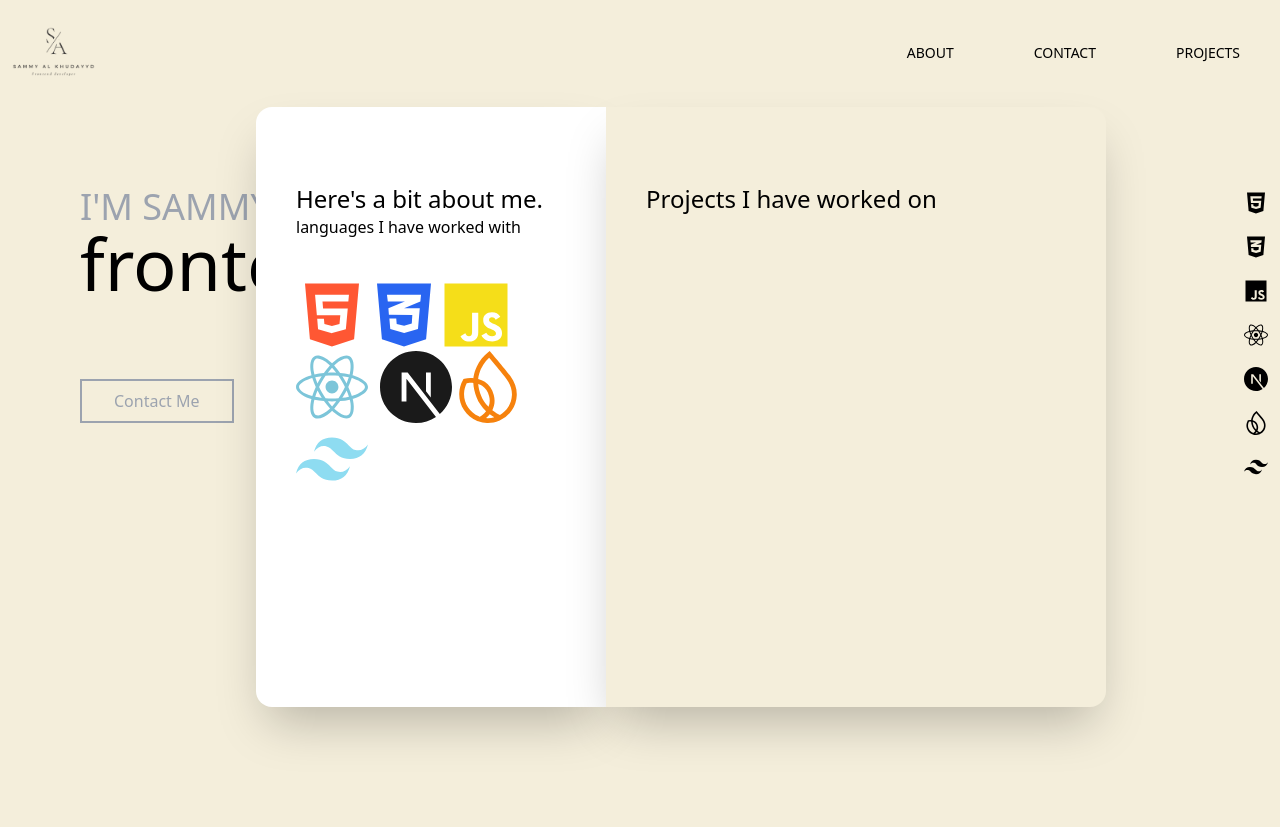
Repository: Al123Kudayyd/myportfolio
Page: /
The author's editor kept a copy of each file at every save. The page is drawn from the files as they stood at one save, then again after a run of saves.
The browser window is 1280 px wide. The pictures show the whole page.
The project was rebuilt for these pictures with package versions that can differ from the ones it lists, and the page was loaded fresh each time. Also part of the build but not shown: src/components/model.js.

Above is the page before, as saved 2024-02-21 14:11:34.

### src/App.js
import Main from './components/Main';
import Nav from './components/Nav';
import Model from './components/Model'


function App() {
  return (
    <div className=" ">
      <Nav />
      <Main />

    </div>
  );
}

export default App;

### src/components/Main.jsx
import React, { useState } from 'react'
import Model from './Model'
import { LiaTimesSolid } from "react-icons/lia";
import { FaHtml5, FaReact } from "react-icons/fa";
import { FaCss3Alt } from "react-icons/fa6";
import { IoLogoJavascript } from "react-icons/io5";
import { SiNextdotjs } from "react-icons/si";
import { SiFirebase } from "react-icons/si";
import { SiTailwindcss } from "react-icons/si";
import Projects from './Projects';


function Main() {
    const [openModal, setOpenModal] = useState(false)
  return (
    <div className='relative'>
    <div className='bg-[#f4eedb] relative h-screen'>
        <div className='-z-10 pl-20 pt-20 '>
            <h1 className=''><span className='text-gray-400 font-extralight text-4xl'>I'M SAMMY AND I'M A</span>
            <br /><span className='text-7xl'>frontend developer.</span></h1>
            <button className='mt-20 border-gray-400 border-2 text-gray-400 py-2 px-8 hover:bg-gray-400 hover:text-[#f4eedb]
            transition-all duration-300'
            onClick={() => setOpenModal(true)}>
                Contact Me</button>
        </div>

    </div>
    {
        openModal && <Model btn={<LiaTimesSolid onClick={() => setOpenModal(false)} />} />
    }
    <div className='absolute top-[10%] right-0 text-2xl space-y-5 m-3'>
            <FaHtml5 />
            <FaCss3Alt />
            <IoLogoJavascript />
            <FaReact />
            <SiNextdotjs />
            <SiFirebase />
            <SiTailwindcss />
        </div>
        <Projects className='' />
    </div>
  )
}

export default Main

### src/components/Nav.jsx
import React from 'react'
import logo from '../assets/logo.png'
import { LiaBarsSolid } from "react-icons/lia";

function Nav({ }) {
  return (
    <div className='bg-[#f4eedb] relative'>
        <div className='flex justify-between items-center'>
            <img src={logo} className="w-[20%] md:w-1/12 " />
            <LiaBarsSolid className='sm:hidden text-3xl mr-5 hover:text-gray-400 cursor-pointer active:scale-[.85] transition-all duration-300' />
            <ul className='hidden sm:flex font-extralight text-sm '>
                <li className='px-10 cursor-pointer hover:text-gray-400 transition-all duration-300'>ABOUT</li>
                <li className='px-10 cursor-pointer hover:text-gray-400 transition-all duration-300'>CONTACT</li>
                <li className='px-10 cursor-pointer hover:text-gray-400 transition-all duration-300'>PROJECTS</li>
            </ul>
        </div>



    </div>
  )
}

export default Nav

### src/components/Projects.jsx
import React from 'react'
import { FaHtml5, FaReact } from "react-icons/fa";
import { FaCss3Alt } from "react-icons/fa6";
import { IoLogoJavascript } from "react-icons/io5";
import { SiNextdotjs } from "react-icons/si";
import { SiFirebase } from "react-icons/si";
import { SiTailwindcss } from "react-icons/si";

function Projects() {
  return (
    <div className='absolute top-0 left-[20%]'>
        <div className='flex justify-center items-center'>
            <div className='shadow-2xl bg-white w-[350px] h-[600px] rounded-l-2xl'>
                <div className='px-[40px] py-[76px]'>
                    <h1 className='text-2xl'>Here's a bit about me.</h1>
                    <h3 className='text-md '>languages I have worked with</h3>
                    <div className='flex flex-wrap my-10 text-7xl '>
                        <FaHtml5 className='text-[#FF5733] ' />
                        <FaCss3Alt className='text-[#2965F1]' />
                        <IoLogoJavascript className='text-[#F5DE19]' />
                        <FaReact className='text-[#7CC5D9] mr-3' />
                        <SiNextdotjs className='text-[#1a1a1a]' />
                        <SiFirebase className='text-[#F6820D]' />
                        <SiTailwindcss className='text-[#8edcf1]' />
                    </div>
                </div>

            </div>
            <div className='shadow-2xl bg-[#f4eedb] w-[500px] h-[600px] rounded-r-2xl '>
                <div className='px-[40px] py-[76px]'>
                    <h1 className='text-2xl'>Projects I have worked on</h1>
                </div>

            </div>
        </div>
    </div>
  )
}

export default Projects

### tailwind.config.js
/** @type {import('tailwindcss').Config} */
module.exports = {
  content: [
    "./src/components/Nav.{js,jsx,ts,tsx}",
    "./src/components/Main.{js,jsx,ts,tsx}",
    "./src/components/App.{js,jsx,ts,tsx}",
    "./src/components/Model.{js,jsx,ts,tsx}",
    "./src/components/Projects.{js,jsx,ts,tsx}"
  ],
  theme: {
    extend: {},
  },
  plugins: [],
}

Loaded but not shown: public/index.html (common file); src/index.js (common file); src/index.css (common file); src/reportWebVitals.js (common file)

After the next 3 saves:
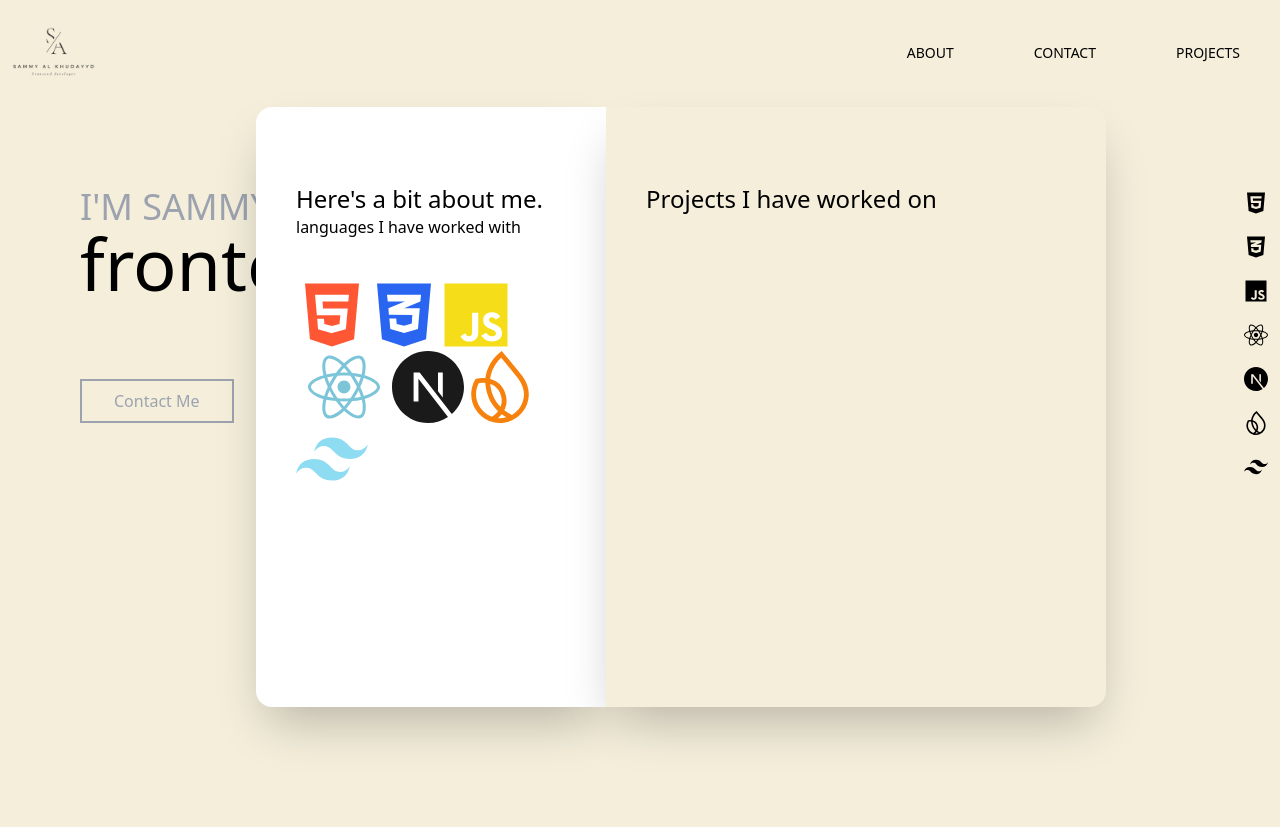
The 3 saves are shown as one change because they came seconds apart.
The last was saved 11 s later.
--- a/src/components/Projects.jsx
+++ b/src/components/Projects.jsx
@@ -18,7 +18,7 @@
                         <FaHtml5 className='text-[#FF5733] ' />
                         <FaCss3Alt className='text-[#2965F1]' />
                         <IoLogoJavascript className='text-[#F5DE19]' />
-                        <FaReact className='text-[#7CC5D9] mr-3' />
+                        <FaReact className='text-[#7CC5D9] mx-3' />
                         <SiNextdotjs className='text-[#1a1a1a]' />
                         <SiFirebase className='text-[#F6820D]' />
                         <SiTailwindcss className='text-[#8edcf1]' />

After the save that followed:
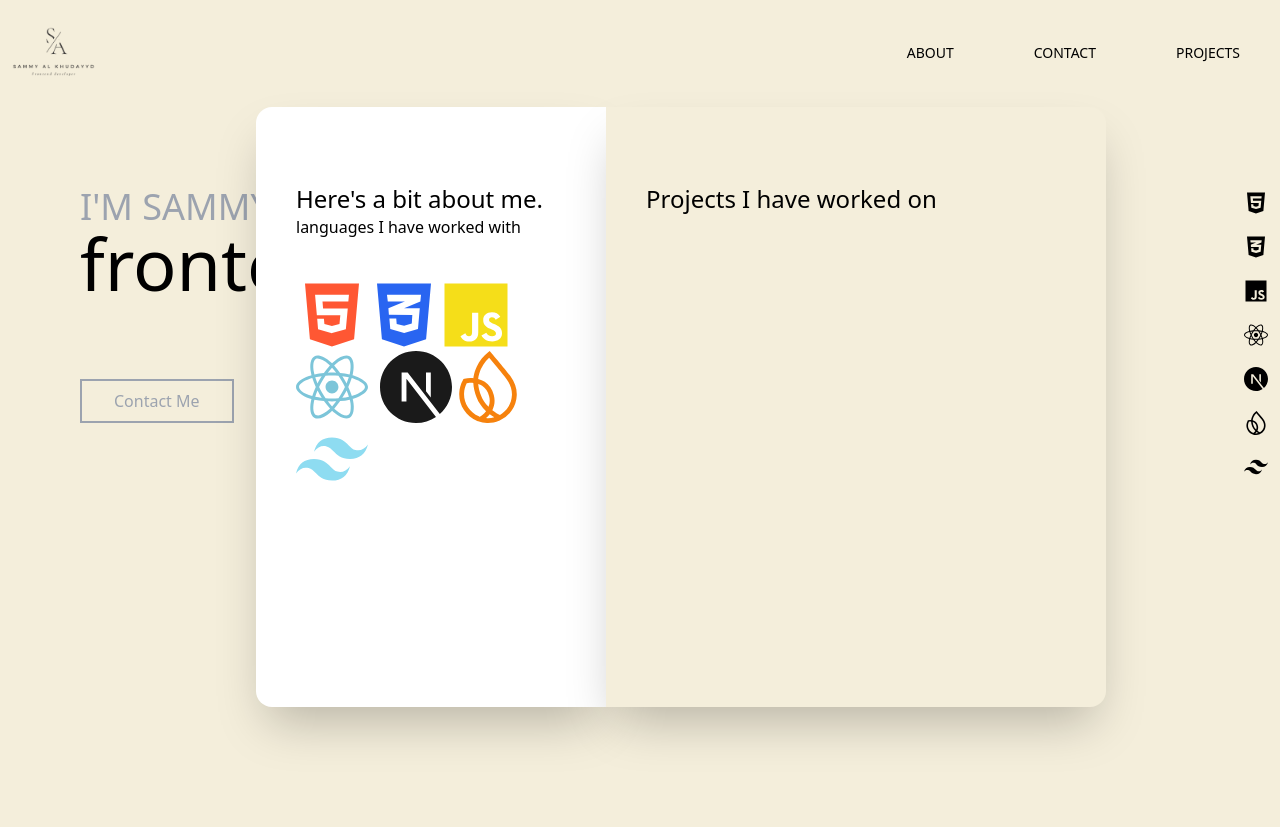
Saved 11 s later.
--- a/src/components/Projects.jsx
+++ b/src/components/Projects.jsx
@@ -18,7 +18,7 @@
                         <FaHtml5 className='text-[#FF5733] ' />
                         <FaCss3Alt className='text-[#2965F1]' />
                         <IoLogoJavascript className='text-[#F5DE19]' />
-                        <FaReact className='text-[#7CC5D9] mx-3' />
+                        <FaReact className='text-[#7CC5D9] mr-3' />
                         <SiNextdotjs className='text-[#1a1a1a]' />
                         <SiFirebase className='text-[#F6820D]' />
                         <SiTailwindcss className='text-[#8edcf1]' />
